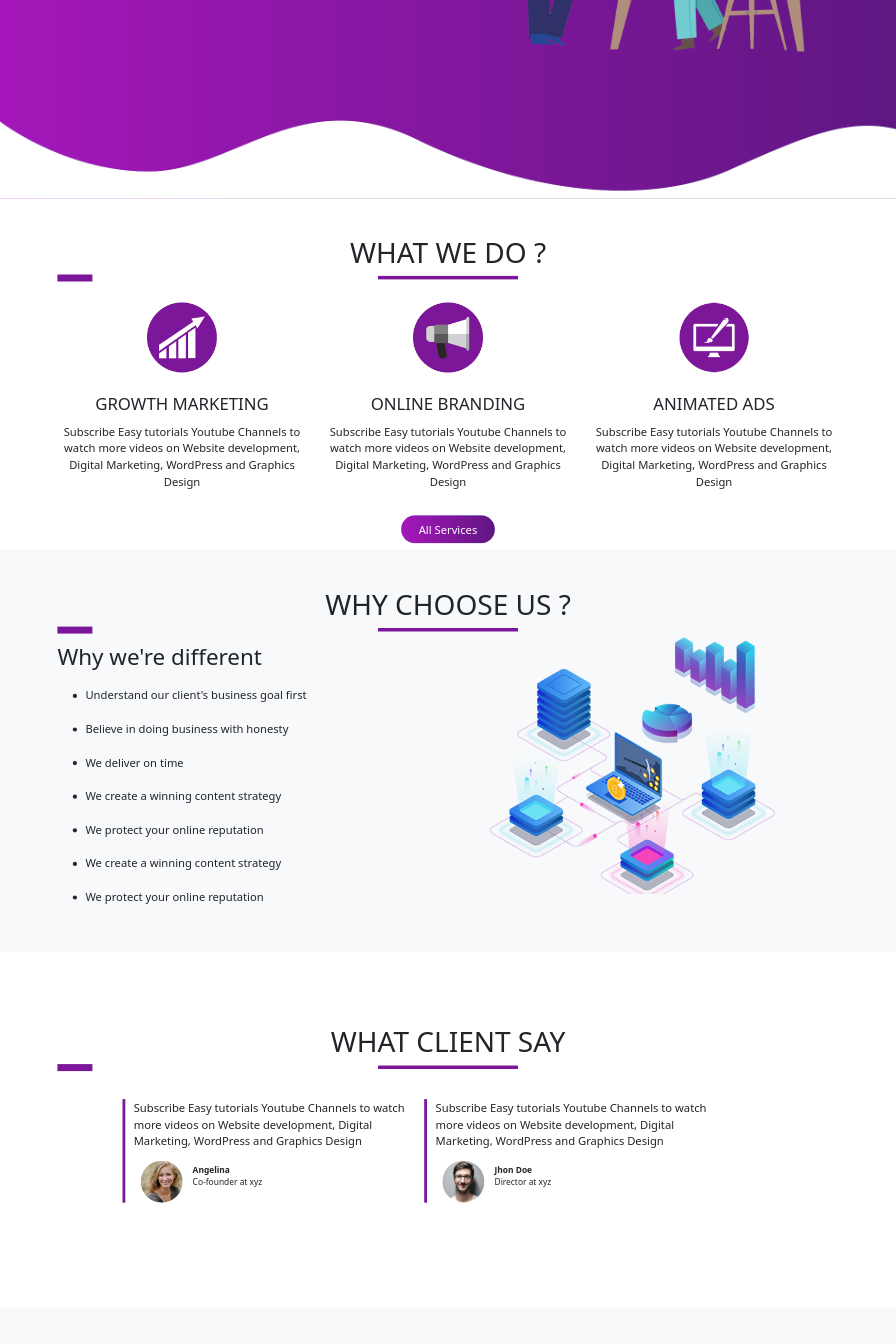
Repository: wadelfadill/Bootstrap_tache_2_website_design
Page: index.html
An editor plug-in stored every save of this project. The page is shown before and after the next save, followed by the edit.
The browser window is 1280 px wide. The pictures show the part of the page from y = 433 to 2353 px (the page is 3050 px tall), at 70% of full size.
Some web libraries are served in a nearby version.

Above is the page before, as saved 2023-04-06 15:35:59.

After the next save:
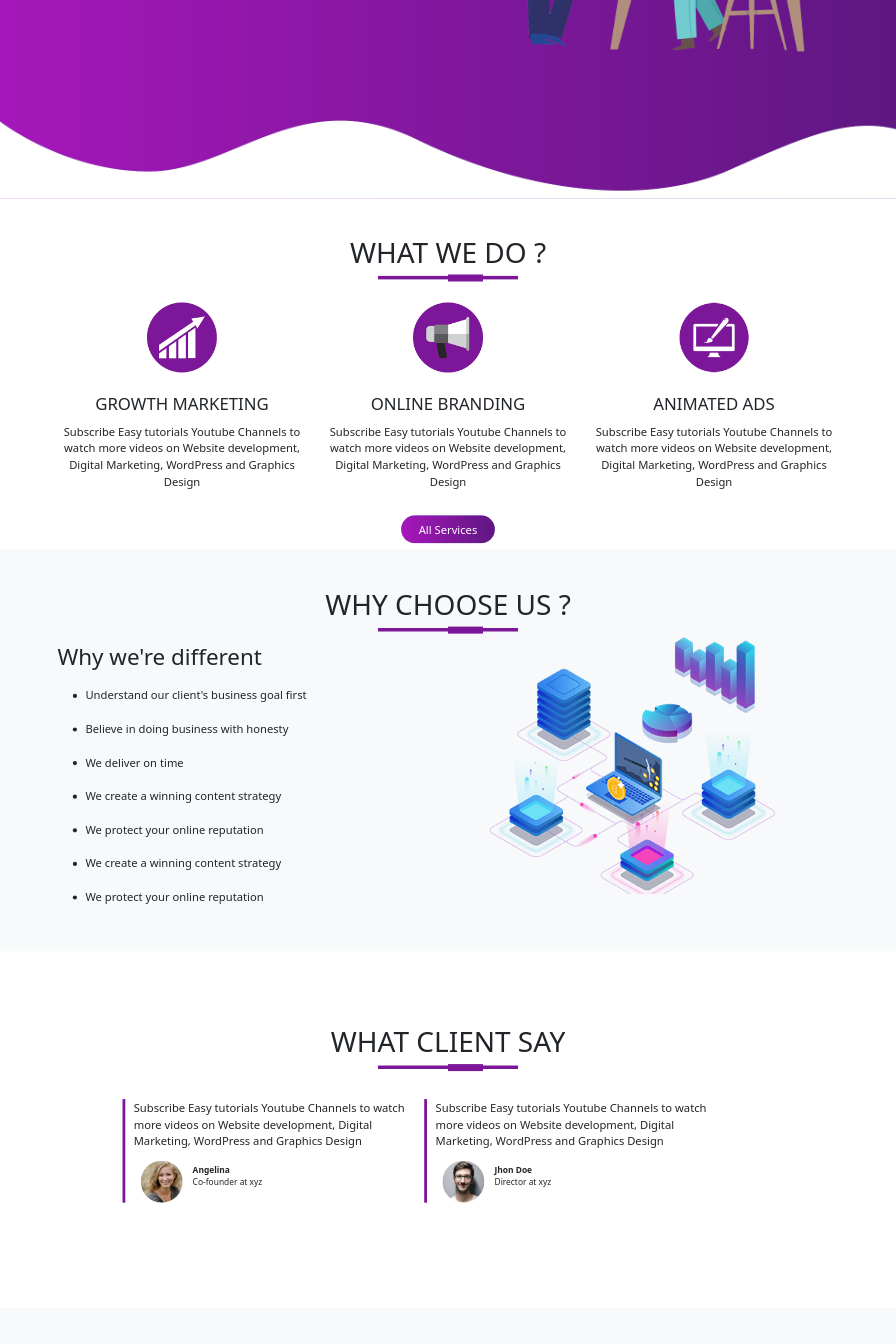
Saved 28 s later.
--- a/style.css
+++ b/style.css
@@ -54,6 +54,7 @@
     margin-right: auto;
     display: block;
     transform: translateY(8px);
+    left: 50%;
 }
 #services .btn-primary{
     box-shadow: none;
